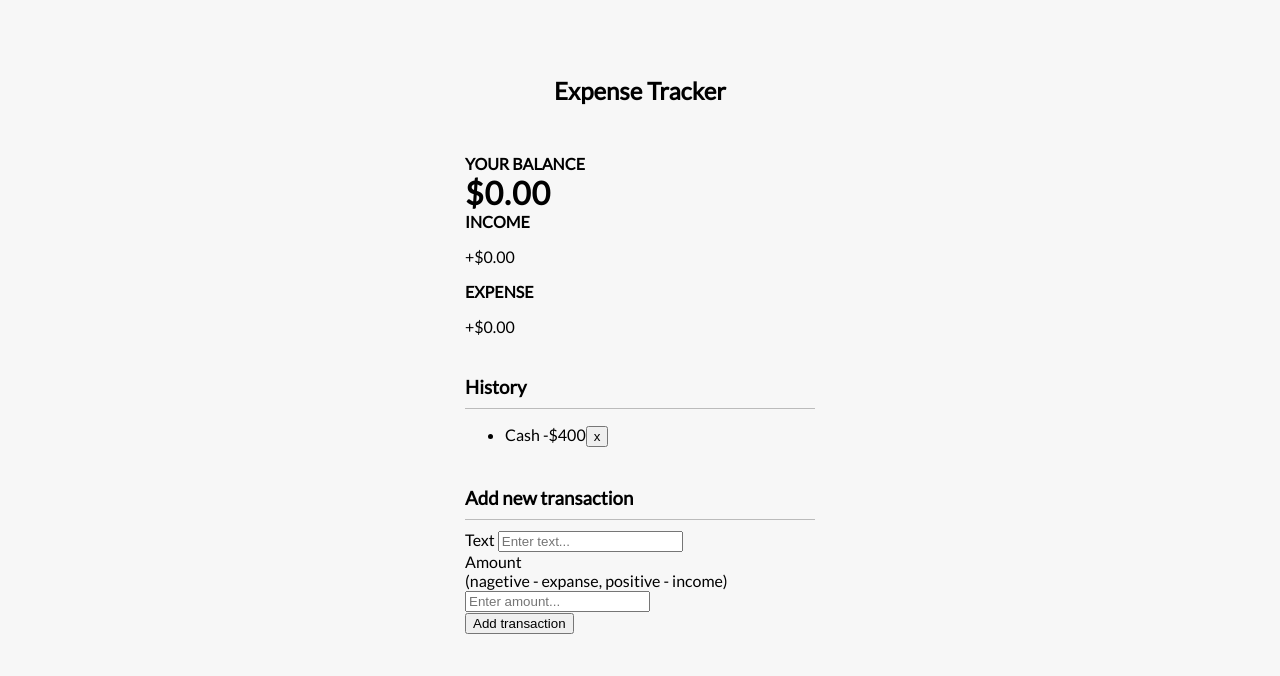
Repository: Youvelop/expenseTracker
Page: index.html
The author's editor kept a copy of each file at every save. The page is drawn from the files as they stood at one save, then again after the next save.
The browser window is 1280 px wide. The pictures show the whole page.

Above is the page before, as saved 2020-06-30 12:46:01.

After the next save:
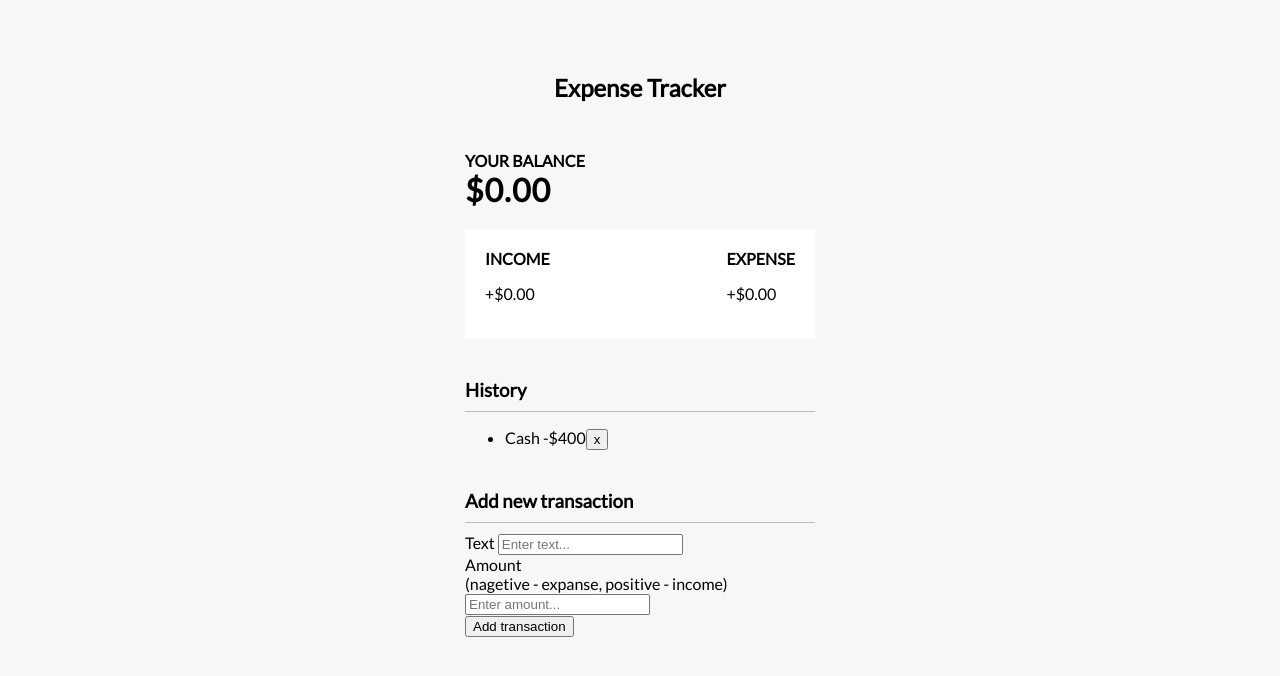
Saved 68 s later.
--- a/style.css
+++ b/style.css
@@ -38,3 +38,12 @@ h4 {
   margin: 0;
   text-transform: uppercase;
 }
+
+.inc-exp-container {
+  background-color: #fff;
+  box-shadow: var(--box-shadow);
+  padding: 20px;
+  display: flex;
+  justify-content: space-between;
+  margin: 20px 0;
+}
